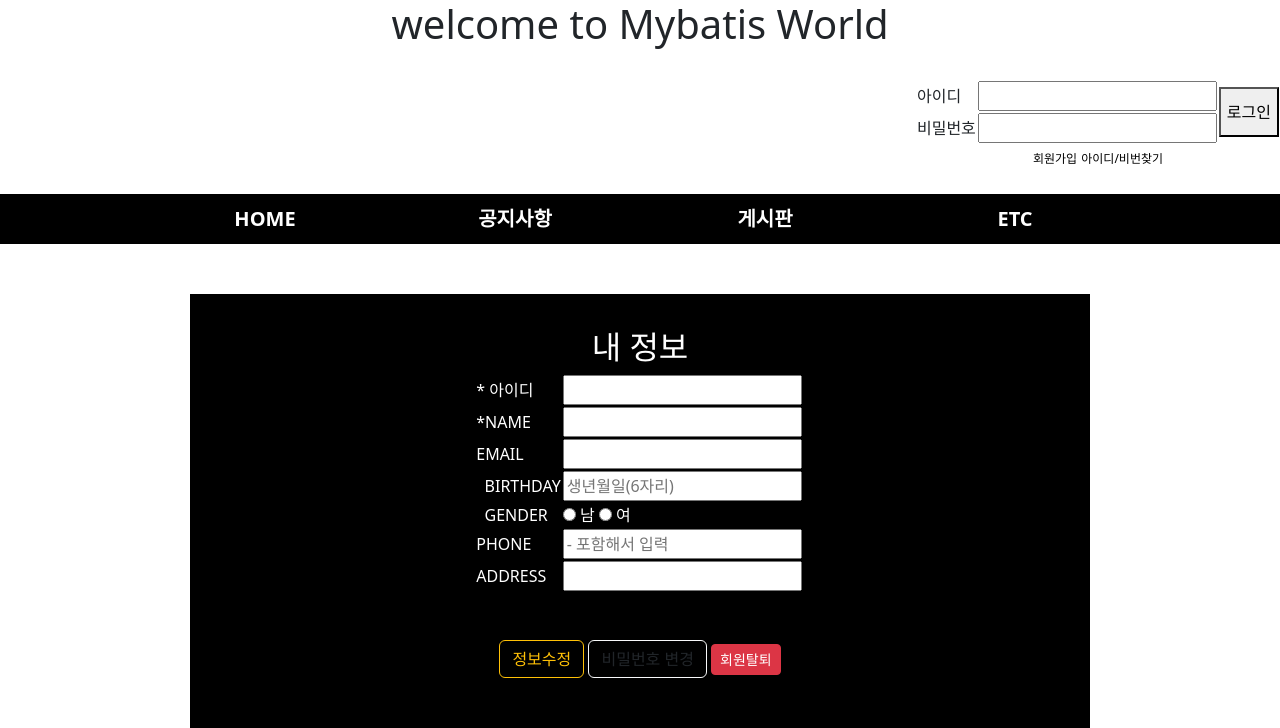
Repository: eru2/Study
Page: http://localhost/mybatisProject/views/member/myPage.jsp
The author's editor kept a copy of each file at every save. The page is drawn from the files as they stood at one save, then again after the next save.
The browser window is 1280 px wide. The pictures show the whole page.
The page is served by Tomcat 10. Other server files are loaded and not shown.

Above is the page before, as saved 2025-03-06 08:28:01.
Console error: ReferenceError: interest is not defined

### 08_MyBatis/mybatisProject/src/main/webapp/views/member/myPage.jsp
<%@ page language="java" contentType="text/html; charset=UTF-8"
    pageEncoding="UTF-8"%>
<!DOCTYPE html>
<html>
<head>
	<meta charset="UTF-8">
	<meta name="viewport" content="width=device-width, initial-scale=1.0">
	<!-- Latest compiled and minified CSS -->
<link href="https://cdn.jsdelivr.net/npm/bootstrap@5.3.3/dist/css/bootstrap.min.css" rel="stylesheet">

<!-- Latest compiled JavaScript -->
<script src="https://cdn.jsdelivr.net/npm/bootstrap@5.3.3/dist/js/bootstrap.bundle.min.js"></script>
	<title>Insert title here</title>
	<style>
		.outer{
			background: #4b89fc;
			color: white;
			width: 1000PX;
			margin: auto;
			margin-top: 50px;
			padding: 10px 0px 50px;
		}

		.outer table{
			margin: auto;
		}

		#update-pwd-modal .modal-body form{
			display: flex;
			flex-direction: column;
		}
	</style>
</head>
<body>
	<%@ include file="../common/menubar.jsp" %>

	<div class="outer">
		<br>
		<h2 align="center">내 정보</h2>
		<form action="${pageContext.request.contextPath}/update.me" method="post" id="update-form">
			<table>
				<tr>
					<td>* 아이디</td>
					<td><input type="text" name="userId" maxlength="15" readonly value="${loginUser.userId}"></td>
					<td></td>
				</tr>
				<tr>
					<td>*NAME</td>
					<td><input type="text" name="userName" maxlength="8" readonly value="${loginUser.userName}"></td>
					<td></td>
					</tr>
					<tr>

					<td>EMAIL</td>
					<td><input type="text" name="email" value="${loginUser.email}"></td>
					<td></td>
				</tr>
				<tr>
						<td>&nbsp;&nbsp;BIRTHDAY</td>
						<td><input type="text" name="birthday" placeholder="생년월일(6자리)" value="${loginUser.birthday}"></td>
				</tr>
					<tr>
						<td>&nbsp;&nbsp;GENDER</td>
						<td>
							<input type="radio" name="gender" value="M"> 남
							<input type="radio" name="gender" value="F"> 여
						</td>
					</tr>
				<tr>
					<td>PHONE</td>
					<td><input type="text" name="phone" placeholder="- 포함해서 입력" value="${loginUser.phone}"></td>
					<td></td>
				</tr>
				<tr>
					<td>ADDRESS</td>
					<td><input type="text" name="address" value="${loginUser.address}"></td>
					<td></td>
				</tr>
			</table>
			<script>
				const gender = "${loginUser.gender}";
				const input = document.querySelectorAll("input[name=gender]");
					if(interest.includes(input.value)){ // gender에 input.value의 값이 포함되어 있다면
						input.checked = true;
					}
			</script>

			<br><br>

			<div align="center">
				<button type="submit" class="btn btn-outline-warning">정보수정</button>
				<button type="button" class="btn btn-outline-light text-dark" data-bs-toggle="modal" data-bs-target="#update-pwd-modal">비밀번호 변경</button>
				<button type="button" class="btn btn-sm btn-danger" data-bs-toggle="modal" data-bs-target="#delete-member-modal">회원탈퇴</button>
			</div>
		</form>
	</div>
	<!--
		탈퇴하기 버튼 클릭시
		탈퇴 후 복구가 불가능합니다.
		정말 탈퇴하시겠습니까?
		비밀번호 :
		탈퇴하기버튼 -> /delete.me
		=>  /delete.me받은 서버는 비밀번호가 맞는지 확인 후 status -> N으로 변경하고 로그아웃
	 -->



	<!-- 비밀번호 변경 팝업 -->
	<div class="modal" id="update-pwd-modal">
	  <div class="modal-dialog">
	    <div class="modal-content">

	      <!-- Modal Header -->
	      <div class="modal-header">
	        <h4 class="modal-title">비밀번호 변경</h4>
	        <button type="button" class="btn-close" data-bs-dismiss="modal"></button>
	      </div>

	      <!-- Modal body -->
	      <div class="modal-body">
			<form action="${pageContext.request.contextPath}/updatePwd.me" method="post">
				<table align="center">
					<tr>
						<td>현재 비밀번호</td>
						<td><input type="password" name="userPwd" required></td>
					</tr>
					<tr>
						<td>변경할 비밀번호</td>
						<td><input type="password" name="updatePwd" required></td>
					</tr>
					<tr>
						<td>변경할 비밀번호 학인</td>
						<td><input type="password" name="checkPwd" required></td>
					</tr>
				</table>
				<br>
				<button id="edit-pwd-btn" type="submit" class="btn btn-sm btn-primary">비밀번호 변경</button>
			</form>

			<script>
				document.getElementById('edit-pwd-btn').onclick = function(){
					const pwd = document.querySelector("#update-pwd-modal input[name=updatePwd]").value;
					const pwdCheck = document.querySelector("#update-pwd-modal input[name=checkPwd]").value;

					if(pwd !== pwdCheck){
						alert("변경할 비밀번호가 일치하지 않습니다.");
						return false;
					}
				}

			</script>
	      </div>
	    </div>
	  </div>
	</div>

	<!-- 탈퇴 팝업 -->
	<div class="modal" id="delete-member-modal">
	  <div class="modal-dialog">
	    <div class="modal-content">

	      <!-- Modal Header -->
	      <div class="modal-header">
	        <h4 class="modal-title">회원탈퇴</h4>
	        <button type="button" class="btn-close" data-bs-dismiss="modal"></button>
	      </div>

	      <!-- Modal body -->
	      <div class="modal-body">
			<form action="${pageContext.request.contextPath}/delete.me" method="post">
				<b>탈퇴 후 복구가 불가능합니다.<br>
				정말로 탈퇴하시겠습니까?</b>
				<br><br>
				비밀번호  : <input type="password" name="userPwd" required>
				<br><br>
				<button type="submit" class="btn btn-sm btn-danger">탈퇴하기</button>
			</form>
	      </div>
	    </div>
	  </div>
	</div>
</body>
</html>

### 08_MyBatis/mybatisProject/src/main/webapp/views/common/menubar.jsp
<%@ page language="java" contentType="text/html; charset=UTF-8"
    pageEncoding="UTF-8"%>
<%@ taglib prefix="c" uri="http://java.sun.com/jsp/jstl/core" %>
<!DOCTYPE html>
<html>
<head>
<meta charset="UTF-8">
<title>Insert title here</title>
<style>
    .login-area a{
        text-decoration: none;
        color: black;
        font-size: 12px;
    }

    .nav-area{
        background: black;
        color: white;
        height: 50px;
    }
    .menu{
        display: table-cell;
        width: 250px;
        height: 50px;
        vertical-align: middle;
        font-size: 20px;
        font-weight: bold;
    }
    .outer{
    	width: 900px;
    	background: black;
    	color: white;
    	margin: auto;
    	margin-top: 50px;
    }
</style>
</head>
<body>

    <h1 align="center">welcome to Mybatis World</h1>
    <br>

    <div class="login-area" align="right">
       <c:choose>
       <c:when test="${empty loginUser}">
	        <form action="${pageContext.request.contextPath}/login.me" method="post">
		        <table>
		            <tr>
		                <td>아이디</td>
		                <td><input type="text" name="userId" required></td>
		                <td rowspan="2"><button type="submit" style="height: 50px;">로그인</button></td>
		            </tr>
		            <tr>
		                <td>비밀번호</td>
		                <td><input type="password" name="userPwd" required></td>

		            </tr>
		            <tr>
		                <td colspan="3" align="center">
		                    <a href="enrollForm.me">회원가입</a>
		                    <a href="">아이디/비번찾기</a>
		                </td>
		            </tr>
	            </table>
	        </form>
     	</c:when>
       	<c:otherwise>
        	<!-- 로그인후 -->
	        <div>
	            <table>
	                <tr>
	                    <td colspan="2">
	                        <h3>${loginUser.userName }님 환영합니다. </h3>
	                    </td>
	                    <td></td>
	                </tr>
	                <tr>
	                    <td><a href="myPage.me">마이페이지</a></td>
	                    <td><a href="">로그아웃</a></td>
	                </tr>
	            </table>
	        </div>
        </c:otherwise>
        </c:choose>
    </div>
    <br>

    <div class="nav-area" align="center">
        <div class="menu">HOME</div>
        <div class="menu">공지사항</div>
        <div class="menu">게시판</div>
        <div class="menu">ETC</div>
    </div>
</body>
</html>

After the next save:
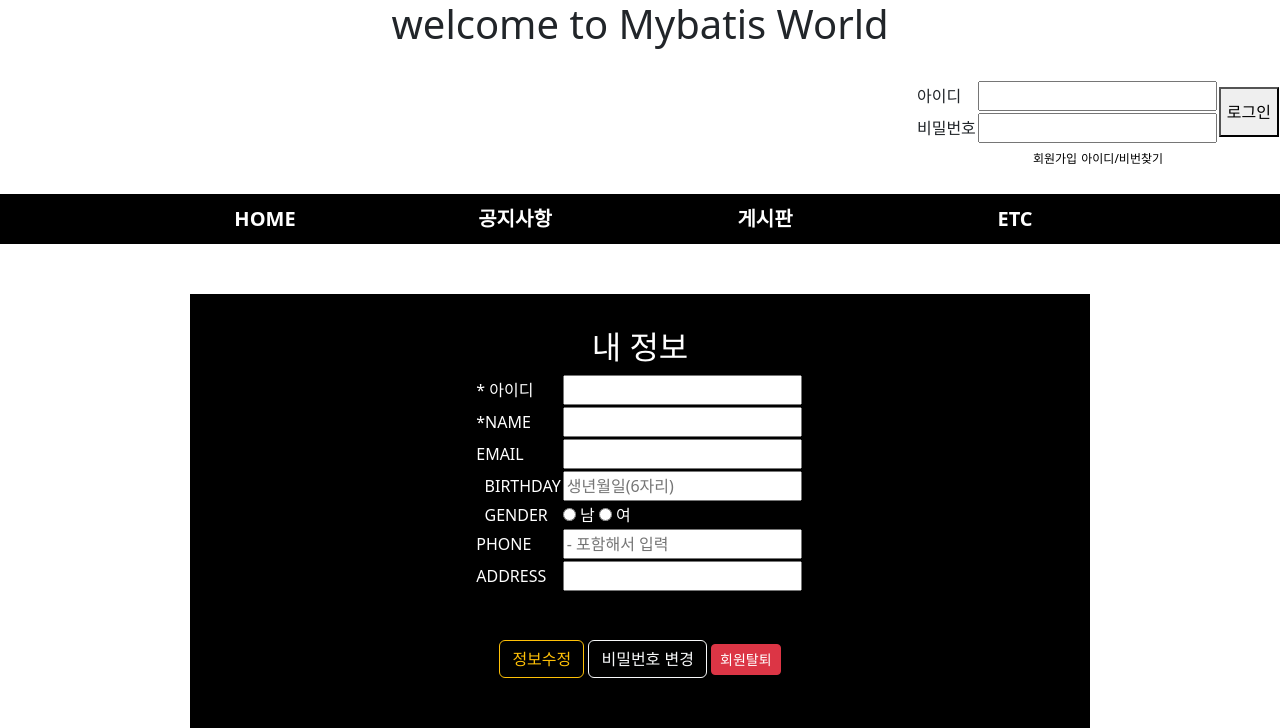
Saved 11 s later.
--- a/08_MyBatis/mybatisProject/src/main/webapp/views/member/myPage.jsp
+++ b/08_MyBatis/mybatisProject/src/main/webapp/views/member/myPage.jsp
@@ -89,7 +89,7 @@
 
 			<div align="center">
 				<button type="submit" class="btn btn-outline-warning">정보수정</button>
-				<button type="button" class="btn btn-outline-light text-dark" data-bs-toggle="modal" data-bs-target="#update-pwd-modal">비밀번호 변경</button>
+				<button type="button" class="btn btn-outline-light text-light" data-bs-toggle="modal" data-bs-target="#update-pwd-modal">비밀번호 변경</button>
 				<button type="button" class="btn btn-sm btn-danger" data-bs-toggle="modal" data-bs-target="#delete-member-modal">회원탈퇴</button>
 			</div>
 		</form>

After the 2 saves that followed:
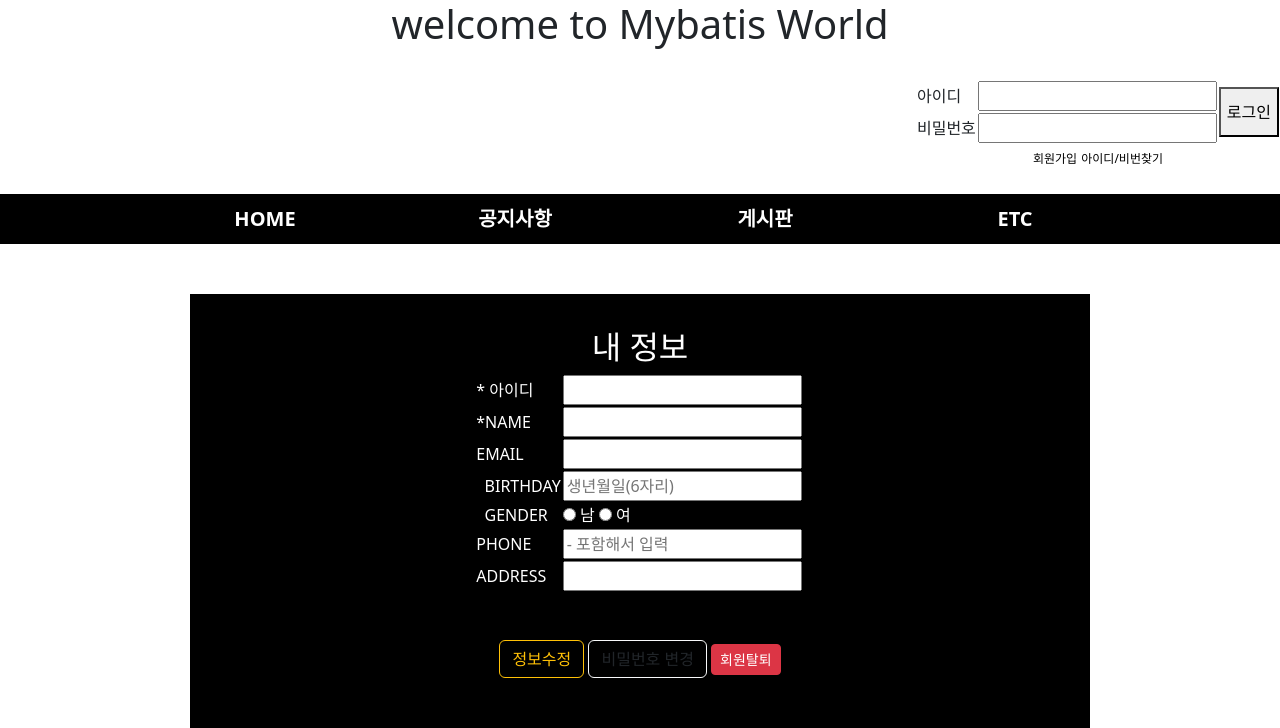
The 2 saves are shown as one change because 1 left the picture as it was.
The last was saved 71 s later.
--- a/08_MyBatis/mybatisProject/src/main/webapp/views/member/myPage.jsp
+++ b/08_MyBatis/mybatisProject/src/main/webapp/views/member/myPage.jsp
@@ -89,7 +89,7 @@
 
 			<div align="center">
 				<button type="submit" class="btn btn-outline-warning">정보수정</button>
-				<button type="button" class="btn btn-outline-light text-light" data-bs-toggle="modal" data-bs-target="#update-pwd-modal">비밀번호 변경</button>
+				<button type="button" class="btn btn-outline-light text-dark" style="color:#ffffff" data-bs-toggle="modal" data-bs-target="#update-pwd-modal">비밀번호 변경</button>
 				<button type="button" class="btn btn-sm btn-danger" data-bs-toggle="modal" data-bs-target="#delete-member-modal">회원탈퇴</button>
 			</div>
 		</form>
